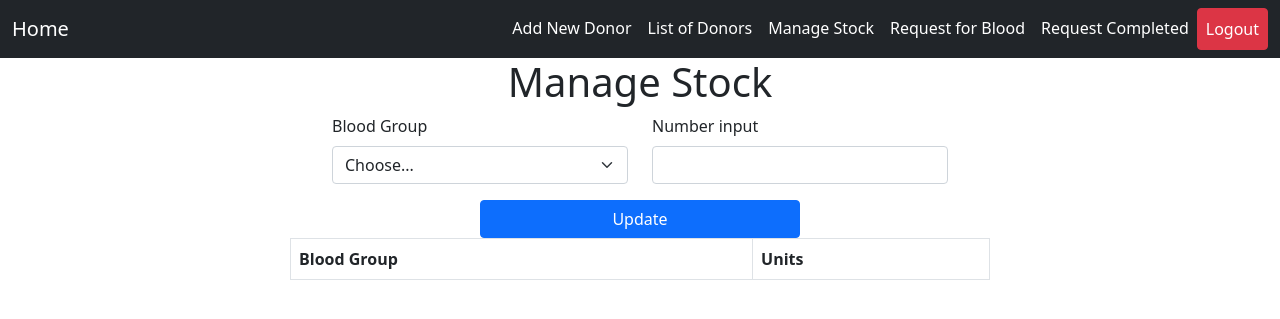
Repository: kshitizJ/Blood-Bank-Management-System-in-jsp
Page: http://localhost/Blood_Bank_Management_System/manageStock.jsp
These files come from the project's save history. The page is drawn as it stood at one moment and after the next save; the edit follows.
The browser window is 1280 px wide. The pictures show the whole page.
The page is served by Tomcat 9. Queries for data that is not in the repository find no rows.

Above is the page before, as saved 2021-04-28 13:27:24.

After the next save:
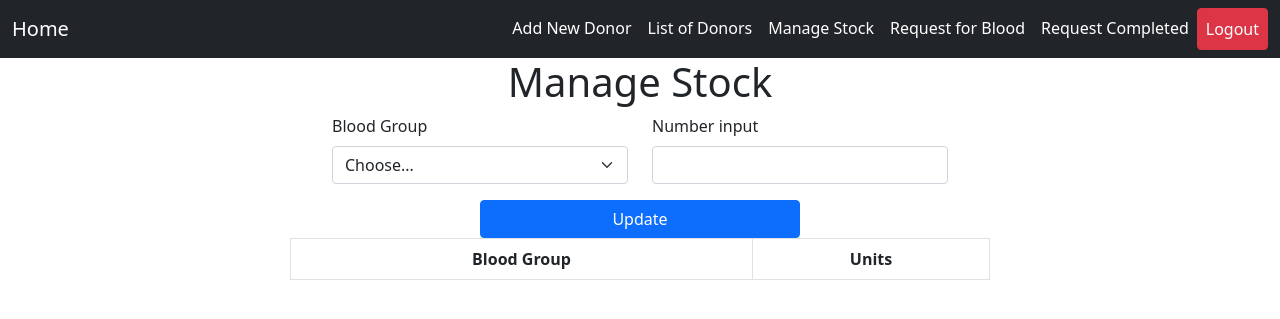
Saved 113 s later.
--- a/Blood Bank Management System/WebContent/manageStock.jsp
+++ b/Blood Bank Management System/WebContent/manageStock.jsp
@@ -61,7 +61,7 @@
 			<br>
 			<br>
 			<div class="col-12 d-flex justify-content-center">
-				<table class="size table table-bordered table-striped table-hover justify-content-center">
+				<table class="size table table-bordered table-striped table-hover text-center">
 					<thead>
 						<tr>
 							<th scope="col">Blood Group</th>
